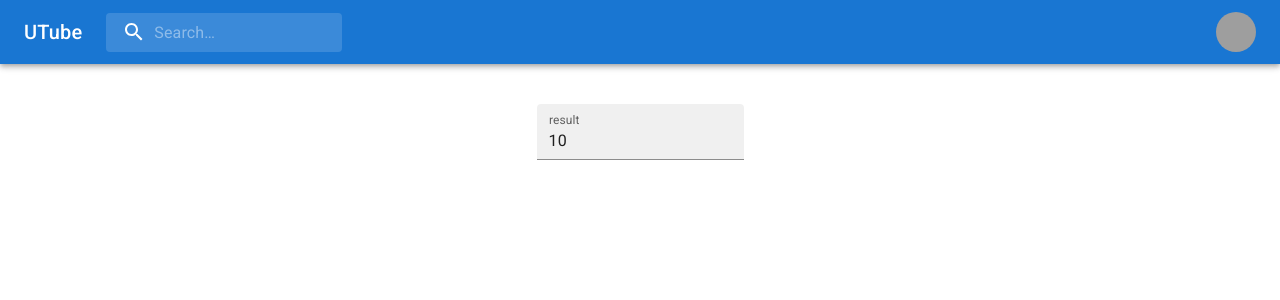
Repository: GokulDev4U/SocialBoatAssignment
Page: /
An editor plug-in stored every save of this project. The page is shown before and after the next save, followed by the edit.
The browser window is 1280 px wide. The pictures show the whole page.
Pictures or frames that could not be fetched are drawn as grey boxes. The page's requests for data from a server got no answer. The project was rebuilt for these pictures with package versions that can differ from the ones it lists, and the page was loaded fresh each time. No one was signed in, and anything a server would have sent is missing. Also part of the build but not shown: src/components/VideoCard.jsx.

Above is the page before, as saved 2022-05-15 17:23:05.

### src/App.js
// import "./App.css";
import Box from "@mui/material/Box";
import Header from "./components/Header";

function App() {
  return (
    <Box className="App">
      <Header />
    </Box>
  );
}

export default App;

### src/components/Header.jsx
import React, { useEffect, useState } from 'react';
import Box from '@mui/material/Box';
import VideoList from './VideoList';
import useFetch from './useFetch';
import TextField from '@mui/material/TextField';
import NavBar from './NavBar';

export default function Header() {
    const [search, setSearch] = useState('');
    const [results, setResults] = useState('10');

    // const debounce = (func, delay) => {
    //     let debounceTimer;
    //     return function () {
    //         const context = this;
    //         const args = arguments;
    //         clearTimeout(debounceTimer);
    //         debounceTimer = setTimeout(() => func.apply(context, args), delay);
    //     };
    // };

    // const update = debounce(function (e) {
    //     setSearch(e.target.value);

    // }, 1000);



    const { data } = useFetch(`https://asia-south1-socialboat-dev.cloudfunctions.net/assignmentVideos?&numResults=${results}&q=${search}`);


    return (
        <Box sx={{ flexGrow: 1 }}>

            {/* setResults={setResults} results={results}    */}
            <NavBar setSearch={setSearch} search={search} />

            <Box sx={{ display: 'flex', justifyContent: "center", marginY: 5 }}>
                <TextField id="filled-basic" label="result"
                    onChange={(e) => setResults(e.target.value)} value={results} variant="filled" />
            </Box>

            <VideoList fetchVideo={data} />
        </Box>
    );
}

### src/components/VideoList.jsx
import React from 'react';
import VideoCard from './VideoCard';
import Grid from '@mui/material/Grid';
import Container from '@mui/material/Container';


const VideoList = ({ fetchVideo }) => {
    return (
        <Container>
            <Grid container spacing={2}>
                {fetchVideo && fetchVideo?.map(res => (
                    <Grid key={res.id} item xs={12} md={6} lg={4}>
                        <VideoCard video={res.video} heading={res.heading} tags={res.tags} text={res.text} />
                    </Grid>
                )
                )}
            </Grid>
        </Container>
    );
};

export default VideoList;

### src/components/useFetch.jsx
import axios from 'axios';
import { useEffect, useState } from 'react';

function useFetch(url) {
    const [data, setData] = useState(null);
    const [isLoading, setIsLoading] = useState(true);
    const [error, setError] = useState(null);

    useEffect(() => {
        const fetchVideoFromUrl = async () => {
            try {
                const response = await axios.get(url);
                setData(response?.data.results);
                setIsLoading(false);
                setError(null);
                console.log(response.data);
            } catch (error) {
                setIsLoading(false);
                setError(error.message);
            }
        };
        fetchVideoFromUrl();
    }, [url]);

    return { data, isLoading, error };
}

export default useFetch;

### src/components/NavBar.jsx
import React from 'react';
import Toolbar from '@mui/material/Toolbar';
import IconButton from '@mui/material/IconButton';
import Typography from '@mui/material/Typography';
import InputBase from '@mui/material/InputBase';
import SearchIcon from '@mui/icons-material/Search';
import Avatar from '@mui/material/Avatar';
import { styled, alpha } from '@mui/material/styles';
import AppBar from '@mui/material/AppBar';
import Box from '@mui/material/Box';


const Search = styled('div')(({ theme }) => ({
    position: 'relative',
    borderRadius: theme.shape.borderRadius,
    backgroundColor: alpha(theme.palette.common.white, 0.15),
    '&:hover': {
        backgroundColor: alpha(theme.palette.common.white, 0.25),
    },
    marginRight: theme.spacing(2),
    marginLeft: 0,
    // width: '100%',
    [theme.breakpoints.up('sm')]: {
        marginLeft: theme.spacing(3),
        width: 'auto',
    },
}));

const SearchIconWrapper = styled('div')(({ theme }) => ({
    padding: theme.spacing(0, 2),
    height: '100%',
    position: 'absolute',
    pointerEvents: 'none',
    display: 'flex',
    alignItems: 'center',
    justifyContent: 'center',
}));

const StyledInputBase = styled(InputBase)(({ theme }) => ({
    color: 'inherit',
    '& .MuiInputBase-input': {
        padding: theme.spacing(1, 1, 1, 0),
        paddingLeft: `calc(1em + ${theme.spacing(4)})`,
        transition: theme.transitions.create('width'),
        width: '100%',
        [theme.breakpoints.up('md')]: {
            width: '20ch',
        },
    },
}));



const NavBar = ({ setSearch, search }) => {

    const update = (e) => {
        setSearch(e.target.value);
    };

    return (
        <AppBar position="sticky">
            <Toolbar>
                <Typography
                    variant="h6"
                    noWrap
                    component="div"
                    sx={{ display: { xs: 'none', sm: 'block' } }}
                >
                    UTube
                </Typography>

                <Search>
                    <SearchIconWrapper>
                        <SearchIcon />
                    </SearchIconWrapper>
                    <StyledInputBase
                        placeholder="Search…"
                        onChange={(e) => update(e)}
                        value={search}
                        inputProps={{ 'aria-label': 'search' }}
                    />
                </Search>

                <Box sx={{ flexGrow: 1 }} />

                <Box sx={{ display: { xs: 'none', md: 'flex' } }}>
                    <IconButton
                        size="large"
                        edge="end"
                        aria-label="account of current user"
                        aria-haspopup="true"
                        color="inherit"
                    >
                        <Avatar alt="profile" src="https://www.whatsappimages.in/wp-content/uploads/2021/04/Free-HD-Hindi-Attitude-Images-For-Boys-Wallpaper-Download.jpg" />
                    </IconButton>
                </Box>

                <Box sx={{ display: { xs: 'flex', md: 'none' } }}>
                    <IconButton
                        size="large"
                        aria-label="show more"
                        aria-haspopup="true"
                        color="inherit"
                    >
                        <Avatar alt="profile" src="https://www.whatsappimages.in/wp-content/uploads/2021/04/Free-HD-Hindi-Attitude-Images-For-Boys-Wallpaper-Download.jpg" />
                    </IconButton>
                </Box>
            </Toolbar>
        </AppBar>
    );
};

export default NavBar;

Loaded but not shown: public/index.html (common file); src/index.js (common file); src/index.css (common file); src/reportWebVitals.js (common file)

After the next save:
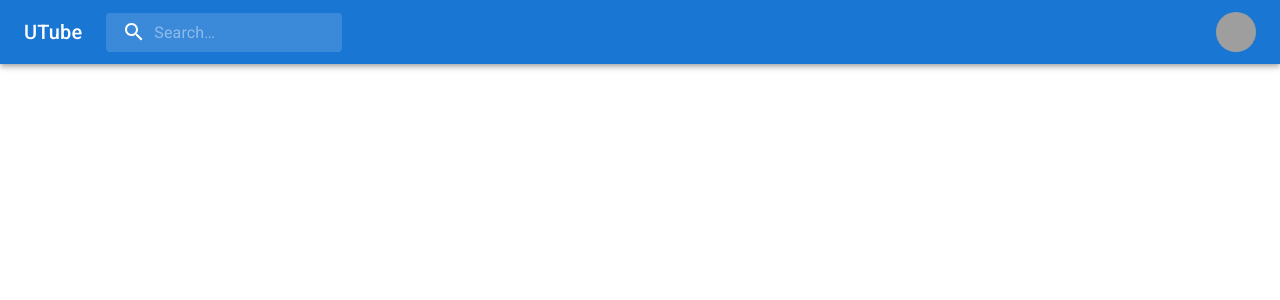
Saved 45 s later.
--- a/src/components/Header.jsx
+++ b/src/components/Header.jsx
@@ -1,8 +1,7 @@
-import React, { useEffect, useState } from 'react';
+import React, { useState } from 'react';
 import Box from '@mui/material/Box';
 import VideoList from './VideoList';
 import useFetch from './useFetch';
-import TextField from '@mui/material/TextField';
 import NavBar from './NavBar';
 
 export default function Header() {
@@ -35,10 +34,7 @@ export default function Header() {
             {/* setResults={setResults} results={results}    */}
             <NavBar setSearch={setSearch} search={search} />
 
-            <Box sx={{ display: 'flex', justifyContent: "center", marginY: 5 }}>
-                <TextField id="filled-basic" label="result"
-                    onChange={(e) => setResults(e.target.value)} value={results} variant="filled" />
-            </Box>
+
 
             <VideoList fetchVideo={data} />
         </Box>
